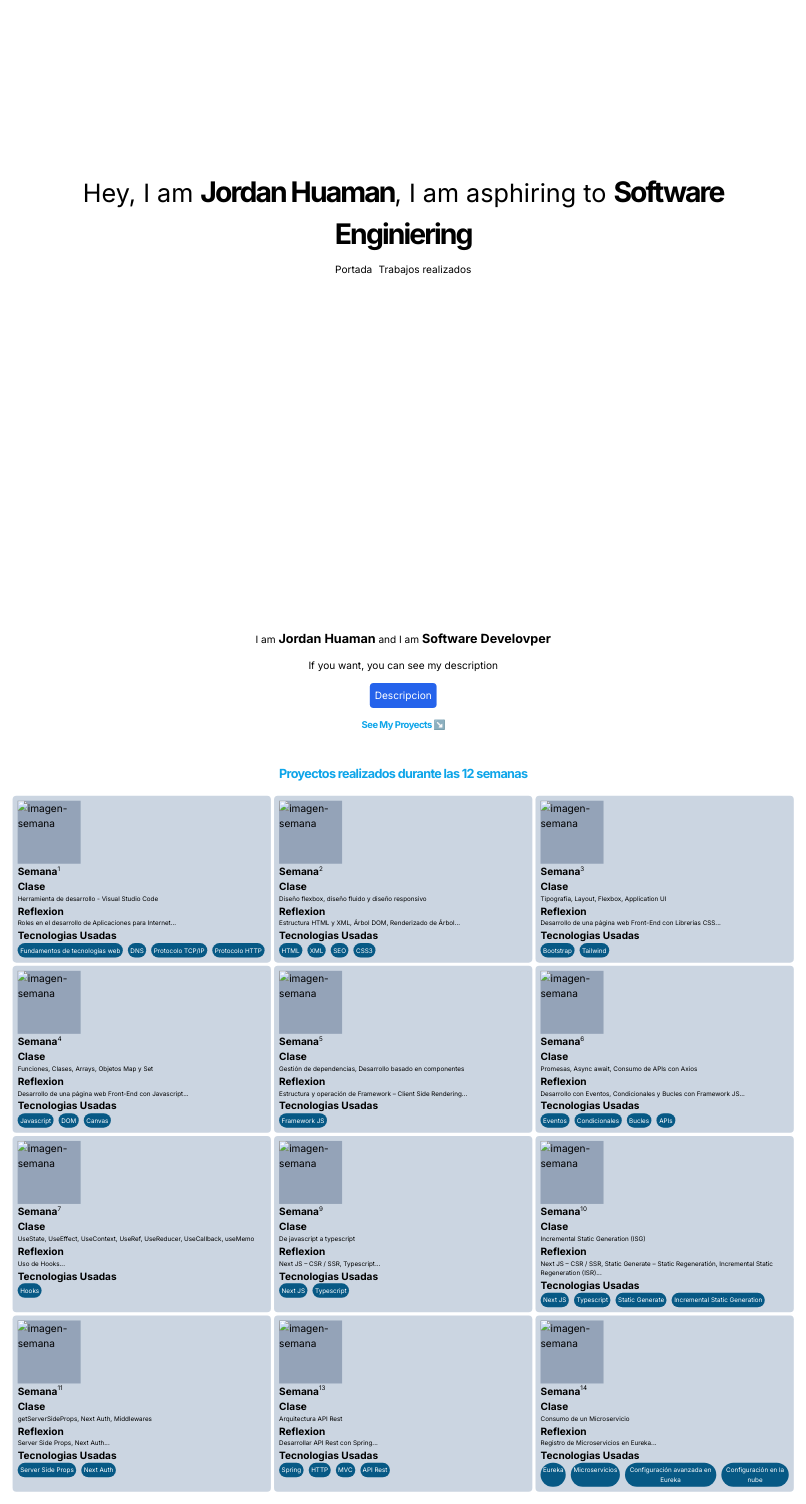
Repository: devsecops-node/portafolio-nextj-pages
Page: /
An editor plug-in stored every save of this project. The page is shown before and after the next save, followed by the edit.
The browser window is 1280 px wide. The pictures show the whole page, at 63% of full size.
The project was rebuilt for these pictures with package versions that can differ from the ones it lists, and the page was loaded fresh each time. The framework's server and built-in components were replaced by stand-ins that run in the browser. Also part of the build but not shown: next.config.js, src/components/Modal.jsx, src/styles/transitionPage.module.css.

Above is the page before, as saved 2024-01-15 04:55:06.

### src/app/page.js
"use client"
import Dashboard from '@/components/Dashboard'
import Transition from '@/components/Transition'
import Image from 'next/image'
import { useEffect, useState } from 'react'

export default function Home() {
  const [showAnimation, setShowAnimation] = useState(true)

  useEffect(() => {
    console.log('Ejecutando')
    setTimeout(() => {
      setShowAnimation(false)
    }, 2000)
  }, [])
  return (
    <main className='h-[100vh]'>
      {showAnimation ? <Transition /> : <Dashboard />}
    </main>
  )
}

### src/components/Dashboard.jsx
import React from 'react'
import stles from "@/styles/dashboard.module.css"
import Portada from './Portada'
import { useRef } from 'react'
import Proyects from './Proyects'

const Dashboard = () => {

  const scrollToPortada = () => {
    const portada = document.getElementById('portada')

    if (portada) {
      console.log('ejecutando id')
      portada.scrollIntoView({ behavior: 'smooth' })
    }
  }

  const scrollToProyects = () => {
    const portada = document.getElementById('proyects')

    if (portada) {
      console.log('ejecutando id')
      portada.scrollIntoView({ behavior: 'smooth' })
    }
  }

  return (
    <section className={stles.home_view}>
      <div className='h-screen flex justify-center items-center flex-col'>
        <div className={stles.home_view_principal}>
          <p className={stles.animar_text} id='detec'> Hey, I am <span className="animacion-bolder">Jordan
            Huaman</span>, I am asphiring to <span className={stles.detect}>Software Enginiering</span>
          </p>
        </div>
        <div className={stles.home_view_links}>
          <a onClick={scrollToPortada} className={stles.animar_abajo}>
            <p>Portada</p>
          </a>
          {/* <a href="" className={stles.animar_abajo}>
            <p>Bienvenida Introduccion</p>
          </a>
          <a href="" className={stles.animar_arriba}>
            <p>Tabla de contenido</p>
          </a><a href="" className={stles.animar_arriba}>
            <p>Informacion sobre mi</p>
          </a> */}
          <a  onClick={scrollToProyects} className={stles.animar_abajo}>
            <p>Trabajos realizados</p>
          </a>

        </div>
        <div>
        </div>
      </div>
      <div id='portada'>
        <Portada scrolProyects={scrollToProyects}/>
      </div>
      <div id='proyects'>
        <Proyects/>
      </div>
    </section>
  )
}

export default Dashboard

### src/components/Transition.jsx
import React from 'react'
import styles from "@/styles/transitionPage.module.css"

const Transition = () => {
  return (
    <div className={styles.home}>
      <main className=''>
        <p className={styles.text_1}>Jh</p>
        <p className={styles.text_2}>Jordan Huaman - Porfolio</p>
      </main>
      <footer>
        <p className={styles.text_3}>Software Engineerin - 2024</p>
      </footer>
    </div>
  )
}

export default Transition

### src/styles/dashboard.module.css
/* ? Home-view part */
.home_view {
  height: 100%;
}

.animar_text {
  animation: apper-2 2s;
  -webkit-animation: apper-2 2s;
}

.home_view_principal {
  width: 90%;
  margin: 0 auto;
}

.home_view_principal p {
  text-align: center;
  font-size: 40px;
}

.home_view_principal p span {
  font-size: 45px;
  letter-spacing: -3px;
  font-weight: bold;
}

.home_view_principal p span:hover .child {
  background-color: red;
}

@keyframes apper-2 {
  0% {
    opacity: 0;
    transform: translateY(-200px);
    -webkit-transform: translateY(-200px);
    -moz-transform: translateY(-200px);
    -ms-transform: translateY(-200px);
    -o-transform: translateY(-200px);
  }

  50% {
    opacity: 1;
    transform: translateY(-20px);
    -webkit-transform: translateY(-20px);
    -moz-transform: translateY(-20px);
    -ms-transform: translateY(-20px);
    -o-transform: translateY(-20px);
  }

  100% {
    opacity: 1;
    transform: translateY(0px);
    -webkit-transform: translateY(0px);
    -moz-transform: translateY(0px);
    -ms-transform: translateY(0px);
    -o-transform: translateY(0px);
  }
}

.home_view_links {
  display: flex;
  padding: 10px;
  justify-content: space-between;
  gap: 10px;
}

/* Line aniamtion */
.line-animation {
  display: inline;
  cursor: pointer;
  position: relative;
  /* padding: 5px; */
}

.line-animation::after {
  /* margin-top: 10px; */
  content: "";
  position: absolute;
  width: 100%;
  height: 3px;
  top: auto;
  bottom: 14px;
  left: -4px;
  transform: scaleX(0);
  box-shadow: 0 5px 0 black;
  transform-origin: bottom right;
  transition: transform 0.5s ease-out;
}

.line-animation:hover:after {
  transform: scaleX(1);
  transform-origin: bottom left;
}

.animacion-bolder {
  animation: animar-bold 2s linear alternate slidein;
  -webkit-animation: animar-bold 2s linear alternate slidein;
}

.animar_arriba{
  animation: apper-arriba 2s;
  -webkit-animation: apper-arriba 2s;
}
.animar_abajo{
  cursor: pointer;
  animation: apper-abajo 2s;
  -webkit-animation: apper-abajo 2s;

}

@keyframes apper-arriba {
  0% {
    opacity: 0;
    transform: translateY(200px);
    -webkit-transform: translateY(200px);
    -moz-transform: translateY(200px);
    -ms-transform: translateY(200px);
    -o-transform: translateY(200px);
}

  50% {
    opacity: 1;
    transform: translateY(-20px);
    -webkit-transform: translateY(-20px);
    -moz-transform: translateY(-20px);
    -ms-transform: translateY(-20px);
    -o-transform: translateY(-20px);
  }

  100% {
    opacity: 1;
    transform: translateY(0px);
    -webkit-transform: translateY(0px);
    -moz-transform: translateY(0px);
    -ms-transform: translateY(0px);
    -o-transform: translateY(0px);
  }
}
@keyframes apper-abajo {
  0% {
    opacity: 0;
    transform: translateY(-200px);
    -webkit-transform: translateY(-200px);
    -moz-transform: translateY(-200px);
    -ms-transform: translateY(-200px);
    -o-transform: translateY(-200px);
}

  50% {
    opacity: 1;
    transform: translateY(-20px);
    -webkit-transform: translateY(-20px);
    -moz-transform: translateY(-20px);
    -ms-transform: translateY(-20px);
    -o-transform: translateY(-20px);
  }

  100% {
    opacity: 1;
    transform: translateY(0px);
    -webkit-transform: translateY(0px);
    -moz-transform: translateY(0px);
    -ms-transform: translateY(0px);
    -o-transform: translateY(0px);
  }
}

@keyframes animar-bold {
  0% {
    opacity: 0;
  }

  100% {
    opacity: 1;
  }
}

### src/components/Portada.jsx
import React, { useState } from 'react'
import Modal from './Modal'

const Portada = ({ scrolProyects }) => {
  const [modal, setModal] = useState(false)
  const showModal = () => {
    setModal(true)
  }
  const closeModal = () => {
    setModal(false)
  }

  const srolPro = () => {
    scrolProyects()
  }

  return (
    <div className='h-screen flex justify-center items-center relative'>
      <section className='flex justify-center flex-col items-center gap-4'>
        <p>I am <span className='text-[20px] font-bold'>Jordan Huaman</span> and I am <span className='text-[20px] font-bold'>Software Develovper</span></p>
        <p>If you want, you can see my description</p>
        <button onClick={showModal} className='bg-blue-600 p-2 rounded-md text-white hover:scale-105 duration-150 ease-in-out'>Descripcion</button>
        {modal ? <Modal setModal={closeModal}  /> : <></>}
        <p className='text-sky-500 font-bold tracking-tighter text-[15px] transition-all duration-150 hover:scale-105 ease-in-out cursor-pointer' onClick={srolPro}>See My Proyects <span>↘️</span></p>
      </section>
    </div>
  )
}

export default Portada

### src/components/Proyects.jsx
import React from 'react'
import Card from './Card';
import styles from '@/styles/proyectos.module.css'

const Proyects = () => {
  const planDeEstudios = [
    {
      semana: 1,
      tecnologias_usadas: [
        "Fundamentos de tecnologías web",
        "DNS",
        "Protocolo TCP/IP",
        "Protocolo HTTP"
      ],
      reflexion: "Roles en el desarrollo de Aplicaciones para Internet",
      proyecto: "Desarrollo de una aplicación web",
      resumen_de_clase: "Herramienta de desarrollo - Visual Studio Code"
    },
    {
      semana: 2,
      tecnologias_usadas: ["HTML", "XML", "SEO", "CSS3"],
      reflexion: "Estructura HTML y XML, Árbol DOM, Renderizado de Árbol",
      proyecto: "Diseño de una página web",
      resumen_de_clase: "Diseño flexbox, diseño fluido y diseño responsivo"
    },
    {
      semana: 3,
      tecnologias_usadas: ["Bootstrap", "Tailwind"],
      reflexion: "Desarrollo de una página web Front-End con Librerías CSS",
      proyecto: "Práctica Calificada 01: Desarrollo de un sitio web con framework",
      resumen_de_clase: "Tipografía, Layout, Flexbox, Application UI"
    },
    {
      semana: 4,
      tecnologias_usadas: ["Javascript", "DOM", "Canvas"],
      reflexion: "Desarrollo de una página web Front-End con Javascript",
      proyecto: "Trabajo 01: Manejar el DOM con Javascript y Canvas",
      resumen_de_clase: "Funciones, Clases, Arrays, Objetos Map y Set"
    },
    {
      semana: 5,
      tecnologias_usadas: ["Framework JS"],
      reflexion: "Estructura y operación de Framework – Client Side Rendering",
      proyecto: "Laboratorio 05A: Pasar datos con props y children y mostrar en un componente hijo",
      resumen_de_clase: "Gestión de dependencias, Desarrollo basado en componentes"
    },
    {
      semana: 6,
      tecnologias_usadas: ["Eventos", "Condicionales", "Bucles", "APIs"],
      reflexion: "Desarrollo con Eventos, Condicionales y Bucles con Framework JS",
      proyecto: "Laboratorio 06A: Eventos y Renderizado Condicional e iterativo con datos de una API",
      resumen_de_clase: "Promesas, Async await, Consumo de APIs con Axios"
    },
    {
      semana: 7,
      tecnologias_usadas: ["Hooks"],
      reflexion: "Uso de Hooks",
      proyecto: "Laboratorio 09: Uso de hooks",
      resumen_de_clase: "UseState, UseEffect, UseContext, UseRef, UseReducer, UseCallback, useMemo"
    },
    {
      semana: 9,
      tecnologias_usadas: ["Next JS", "Typescript"],
      reflexion: "Next JS – CSR / SSR, Typescript",
      proyecto: "Laboratorio 10: Caso práctico consumo de API",
      resumen_de_clase: "De javascript a typescript"
    },
    {
      semana: 10,
      tecnologias_usadas: ["Next JS", "Typescript", "Static Generate", "Incremental Static Generation"],
      reflexion: "Next JS – CSR / SSR, Static Generate – Static Regeneratión, Incremental Static Regeneration (ISR)",
      proyecto: "Laboratorio 10: Caso práctico consumo de API",
      resumen_de_clase: "Incremental Static Generation (ISG)"
    },
    {
      semana: 11,
      tecnologias_usadas: ["Server Side Props", "Next Auth"],
      reflexion: "Server Side Props, Next Auth",
      proyecto: "Laboratorio 11: Subsistema de autenticación con Next JS",
      resumen_de_clase: "getServerSideProps, Next Auth, Middlewares"
    },
    {
      semana: 13,
      tecnologias_usadas: ["Spring", "HTTP", "MVC", "API Rest"],
      reflexion: "Desarrollar API Rest con Spring",
      proyecto: "Laboratorio 13: Desarrollo de una API Rest y Despliegue.",
      resumen_de_clase: "Arquitectura API Rest"
    },
    {
      semana: 14,
      tecnologias_usadas: ["Eureka", "Microservicios", "Configuración avanzada en Eureka", "Configuración en la nube"],
      reflexion: "Registro de Microservicios en Eureka",
      proyecto: "Resumen del registro de microservicio",
      resumen_de_clase: "Consumo de un Microservicio"
    }
  ];

  return (
    <div className='h-screen flex justify-center items-center flex-col'>
      <p className='text-sky-500 font-bold text-[20px]  tracking-tighter'>Proyectos realizados durante las 12 semanas</p>
      <div className={styles.proyectos}>
        {planDeEstudios.map(proyec => <Card key={proyec.semana} proyect={proyec} />)}
      </div>
    </div>
  )
}

export default Proyects

### src/components/Card.jsx
import React from 'react'

const Card = ({ proyect }) => {
  return (
    <section className='bg-slate-300 p-2 rounded-md'>
      <img src="" alt="imagen-semana" width={100} height={100} className='bg-slate-400' />
      <div className='flex'>
        <p className='font-bold'>Semana</p>
        <p className='text-[10px]'>{proyect.semana}</p>
      </div>
      <div>
        <p className='font-bold'>Clase</p>
        <p className='text-[10px]'>{proyect.resumen_de_clase}</p>
      </div>
      <div>
        <p className='font-bold'>Reflexion</p>
        <p className='text-[10px]'>{proyect.reflexion}...</p>
      </div>
      <div>
        <p className='font-bold'>Tecnologias Usadas</p>
        <div className='flex gap-2'>
          {proyect.tecnologias_usadas.map(tec => <p className='text-[10px] bg-sky-800 text-white p-1 rounded-full text-center'>{tec}</p>)}
        </div>
      </div>
    </section>
  )
}

export default Card

### src/styles/proyectos.module.css
.proyectos{
  display: grid;
  grid-template-columns: repeat(3,1fr);
  gap: 5px;
  padding: 20px;
}

Loaded but not shown: src/app/layout.js (common file); src/app/globals.css (common file); tailwind.config.js (common file)

After the next save:
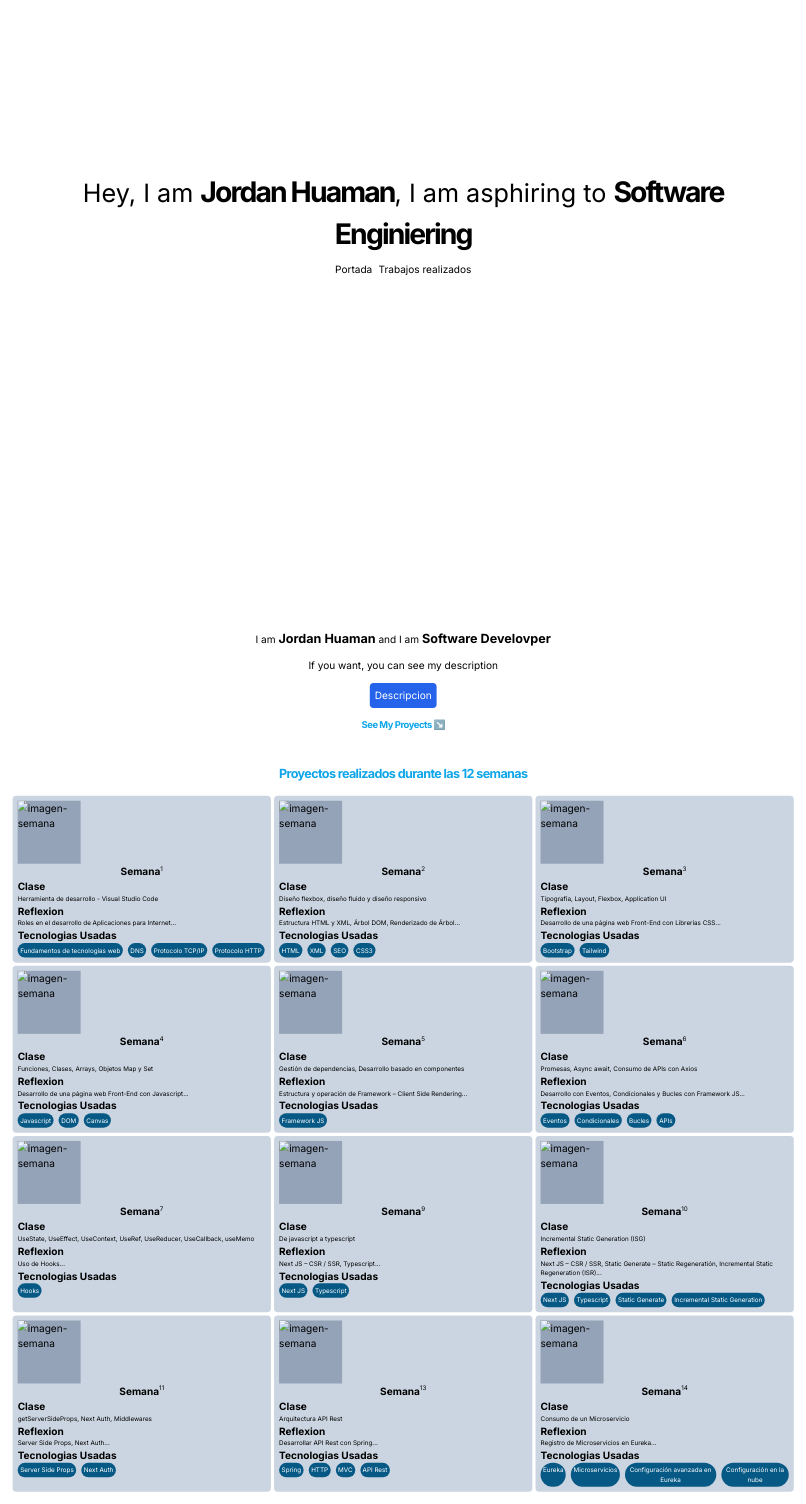
Saved 4 s later.
--- a/src/components/Card.jsx
+++ b/src/components/Card.jsx
@@ -4,7 +4,7 @@ const Card = ({ proyect }) => {
   return (
     <section className='bg-slate-300 p-2 rounded-md'>
       <img src="" alt="imagen-semana" width={100} height={100} className='bg-slate-400' />
-      <div className='flex'>
+      <div className='flex justify-center'>
         <p className='font-bold'>Semana</p>
         <p className='text-[10px]'>{proyect.semana}</p>
       </div>
